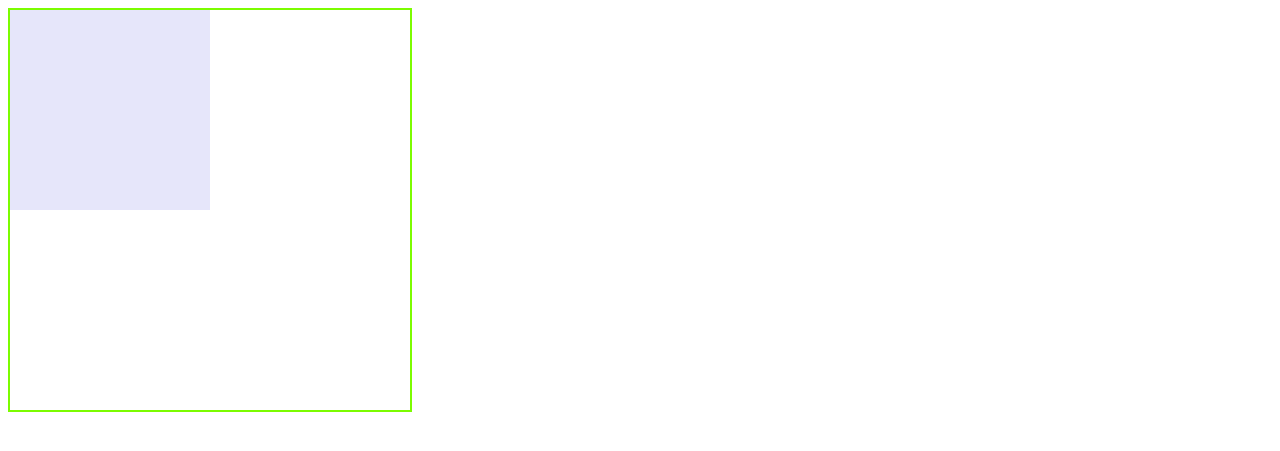
Repository: xzm1997/huntjob
Page: 面试/常见问题/practice/practice_2.html
These files come from the project's save history. The page is drawn as it stood at one moment and after the next save; the edit follows.
The browser window is 1280 px wide. The pictures show the whole page.

Above is the page before, as saved 2022-06-14 09:25:22.

After the next save:
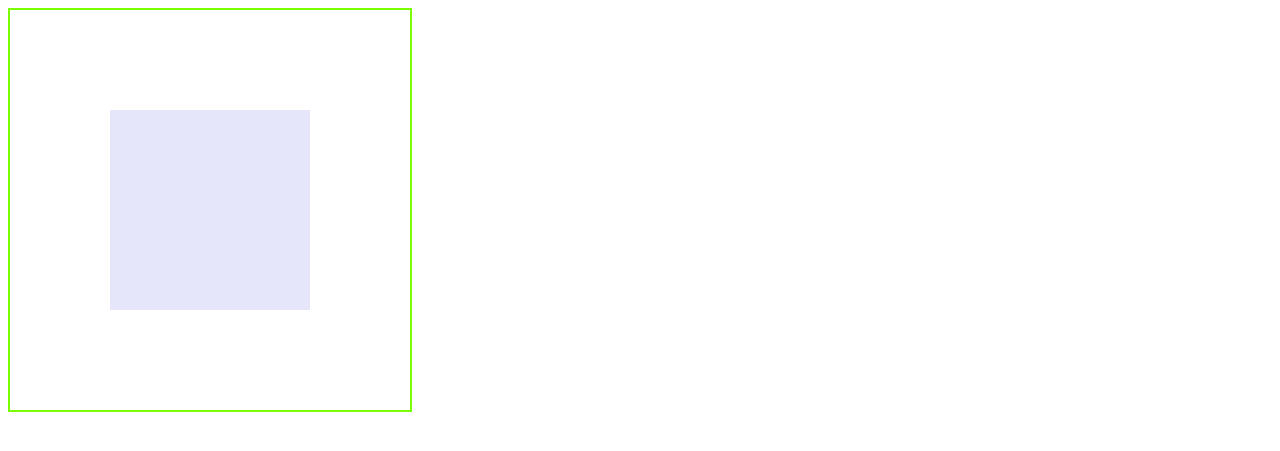
Saved 8 s later.
--- a/面试/常见问题/practice/practice_2.html
+++ b/面试/常见问题/practice/practice_2.html
@@ -10,7 +10,9 @@
             width: 400px;
             height: 400px;
             border: solid lawngreen 2px;
-            position: relative;
+            display: flex;
+            justify-content: center;
+            align-items: center;
         }
         .box {
             width: 200px;
